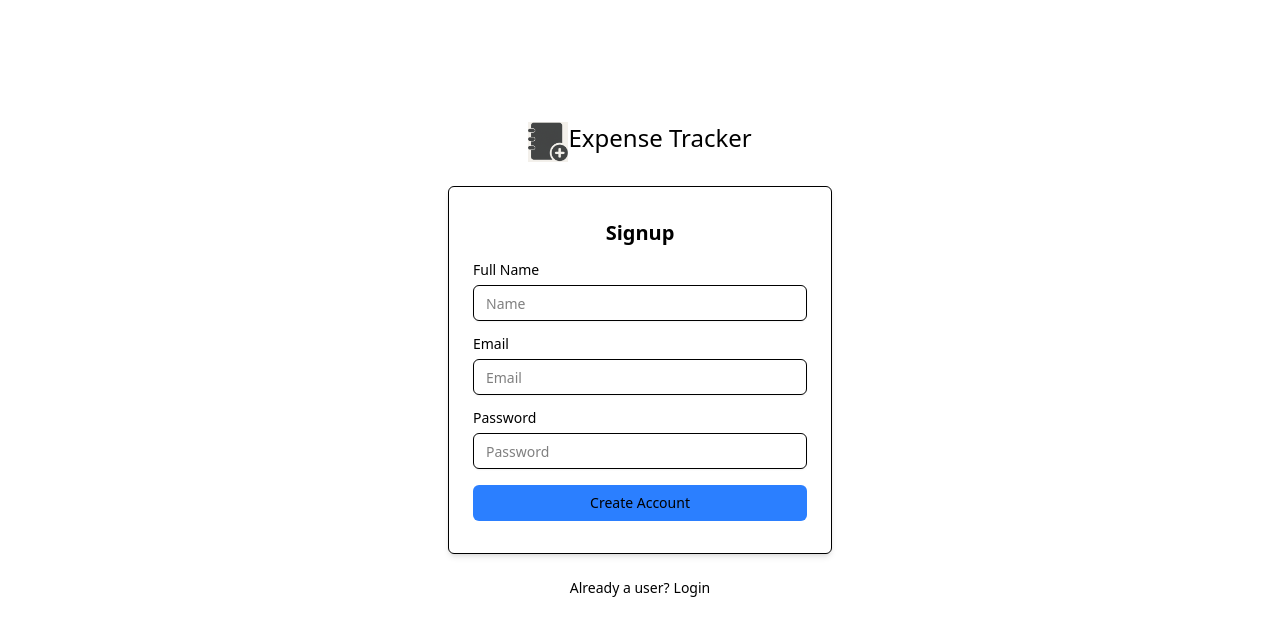
Repository: Syed-Mohsin-Ali786/frontend-expense-tracker
Page: /signup
These files come from the project's save history. The page is drawn as it stood at one moment and after the next save; the edit follows.
The browser window is 1280 px wide. The pictures show the whole page.
The project was rebuilt for these pictures with package versions that can differ from the ones it lists, and the page was loaded fresh each time. Also part of the build but not shown: src/components/ui/dialog.tsx, src/components/AddExpenseDialog.tsx, src/pages/MainPage.tsx.

Above is the page before, as saved 2025-09-30 11:00:34.

### index.html
<!doctype html>
<html lang="en">
  <head>
    <meta charset="UTF-8" />
    <link rel="icon" type="image/svg+xml" href="/ExpenseTracker.png" />
    <meta name="viewport" content="width=device-width, initial-scale=1.0" />
    <title>Expense Tracker</title>
  </head>
  <body>
    <div id="root"></div>
    <script type="module" src="/src/main.tsx"></script>
  </body>
</html>

### src/main.tsx
import { StrictMode } from "react";
import { createRoot } from "react-dom/client";

import App from "./App.tsx";
import { BrowserRouter } from "react-router-dom";

createRoot(document.getElementById("root")!).render(
    <StrictMode>
  <BrowserRouter>
      <App />
  </BrowserRouter>
    </StrictMode>
);

### src/App.tsx
import { Route, Routes } from "react-router-dom";
import MainPage from "./pages/MainPage";
import "./App.css";
import SignUp from "./pages/SignUp";


function App() {
  return (
    <>
    <Routes>

      <Route path="/" element={<MainPage/>}/>
      <Route path="/signup" element={<SignUp/>}/>
    </Routes>
    </>
  );
}

export default App;

### src/pages/SignUp.tsx
import { Button } from "@/components/ui/button";
import { Input } from "@/components/ui/input";
import { Label } from "@/components/ui/label";
import { Link } from "react-router";

interface Signup2Props {
  heading?: string;
  logo?: {
    url: string;
    src: string;
    alt: string;
    title?: string;
  };
  buttonText?: string;
  googleText?: string;
  signupText?: string;
  signupUrl?: string;
}

const SignUp = ({
  heading = "Signup",
  logo = {
    url: "/",
    src: "/ExpenseTracker.png",
    alt: "logo",
    title: "Expense Tracker",
  },
   buttonText = "Create Account",
  signupText = "Already a user?",
  signupUrl = "/login",
}: Signup2Props) => {
  return (
    <section className="bg-muted h-screen">
      <div className="flex h-full items-center justify-center">
        <div className="flex flex-col items-center gap-6 lg:justify-start">
          {/* Logo */}
          <Link to={logo.url} className="flex">
            <img
              src={logo.src}
              alt={logo.alt}
              title={logo.title}
              className="h-10 dark:invert"
            />
            <h1 className="text-2xl">{logo.title}</h1>
          </Link>
          <div className="min-w-sm border-muted bg-background flex w-full max-w-sm flex-col items-center gap-y-4 rounded-md border px-6 py-8 shadow-md">
            {heading && <h1 className="text-xl font-semibold">{heading}</h1>}
            <div className="flex w-full flex-col gap-2">
              <Label>Full Name</Label>
              <Input
                type="text"
                placeholder="Name"
                className="text-sm"
                required
              />
            </div>
            <div className="flex w-full flex-col gap-2">
              <Label>Email</Label>
              <Input
                type="email"
                placeholder="Email"
                className="text-sm"
                required
              />
            </div>
            <div className="flex w-full flex-col gap-2">
              <Label>Password</Label>
              <Input
                type="password"
                placeholder="Password"
                className="text-sm"
                required
              />
            </div>
            <Button type="submit" className="w-full bg-blue-500 hover:bg-blue-600 cursor-pointer">
              {buttonText}
            </Button>
          </div>
          <div className="text-muted-foreground flex justify-center gap-1 text-sm">
            <p>{signupText}</p>
            <Link
              to={signupUrl}
              className="text-primary font-medium hover:underline"
            >
              Login
            </Link>
          </div>
        </div>
      </div>
    </section>
  );
};

export default SignUp;

### src/components/ui/button.tsx
import * as React from "react"
import { Slot } from "@radix-ui/react-slot"
import { cva, type VariantProps } from "class-variance-authority"

import { cn } from "@/lib/utils"

const buttonVariants = cva(
  "inline-flex items-center justify-center gap-2 whitespace-nowrap rounded-md text-sm font-medium transition-all disabled:pointer-events-none disabled:opacity-50 [&_svg]:pointer-events-none [&_svg:not([class*='size-'])]:size-4 shrink-0 [&_svg]:shrink-0 outline-none focus-visible:border-ring focus-visible:ring-ring/50 focus-visible:ring-[3px] aria-invalid:ring-destructive/20 dark:aria-invalid:ring-destructive/40 aria-invalid:border-destructive",
  {
    variants: {
      variant: {
        default: "bg-primary text-primary-foreground hover:bg-primary/90",
        destructive:
          "bg-destructive text-white hover:bg-destructive/90 focus-visible:ring-destructive/20 dark:focus-visible:ring-destructive/40 dark:bg-destructive/60",
        outline:
          "border bg-background shadow-xs hover:bg-accent hover:text-accent-foreground dark:bg-input/30 dark:border-input dark:hover:bg-input/50",
        secondary:
          "bg-secondary text-secondary-foreground hover:bg-secondary/80",
        ghost:
          "hover:bg-accent hover:text-accent-foreground dark:hover:bg-accent/50",
        link: "text-primary underline-offset-4 hover:underline",
        expense:"cursor-pointer hover:bg-blue-600 bg-blue-500  md:px-6 lg:px-8 rounded-[12px] font-semibold text-[#ffff] text-2xl"
      },
      size: {
        default: "h-9 px-4 py-2 has-[>svg]:px-3",
        sm: "h-8 rounded-md gap-1.5 px-3 has-[>svg]:px-2.5",
        lg: "h-10 rounded-md px-6 has-[>svg]:px-4",
        icon: "size-9",
      },
    },
    defaultVariants: {
      variant: "default",
      size: "default",
    },
  }
)

function Button({
  className,
  variant,
  size,
  asChild = false,
  ...props
}: React.ComponentProps<"button"> &
  VariantProps<typeof buttonVariants> & {
    asChild?: boolean
  }) {
  const Comp = asChild ? Slot : "button"

  return (
    <Comp
      data-slot="button"
      className={cn(buttonVariants({ variant, size, className }))}
      {...props}
    />
  )
}

export { Button }

### src/components/ui/input.tsx
import * as React from "react"

import { cn } from "@/lib/utils"

function Input({ className, type, ...props }: React.ComponentProps<"input">) {
  return (
    <input
      type={type}
      data-slot="input"
      className={cn(
        "file:text-foreground placeholder:text-muted-foreground selection:bg-primary selection:text-primary-foreground dark:bg-input/30 border-input h-9 w-full min-w-0 rounded-md border bg-transparent px-3 py-1 text-base shadow-xs transition-[color,box-shadow] outline-none file:inline-flex file:h-7 file:border-0 file:bg-transparent file:text-sm file:font-medium disabled:pointer-events-none disabled:cursor-not-allowed disabled:opacity-50 md:text-sm",
        "focus-visible:border-ring focus-visible:ring-ring/50 focus-visible:ring-[3px]",
        "aria-invalid:ring-destructive/20 dark:aria-invalid:ring-destructive/40 aria-invalid:border-destructive",
        className
      )}
      {...props}
    />
  )
}

export { Input }

Loaded but not shown: src/App.css (common file); src/components/ui/label.tsx (common file); src/lib/utils.ts (common file)

After the next save:
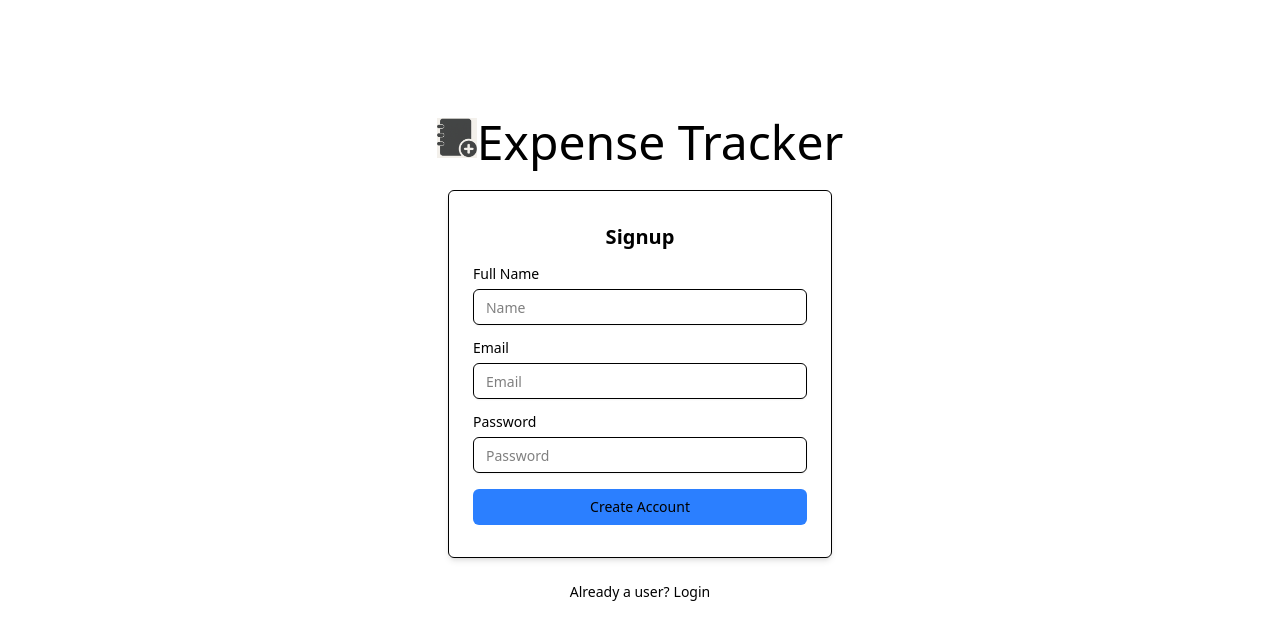
Saved 98 s later.
--- a/src/pages/SignUp.tsx
+++ b/src/pages/SignUp.tsx
@@ -41,7 +41,7 @@ const SignUp = ({
               title={logo.title}
               className="h-10 dark:invert"
             />
-            <h1 className="text-2xl">{logo.title}</h1>
+            <h1 className="text-2xl sm:text-3xl md:text-4xl lg:text-5xl">{logo.title}</h1>
           </Link>
           <div className="min-w-sm border-muted bg-background flex w-full max-w-sm flex-col items-center gap-y-4 rounded-md border px-6 py-8 shadow-md">
             {heading && <h1 className="text-xl font-semibold">{heading}</h1>}
